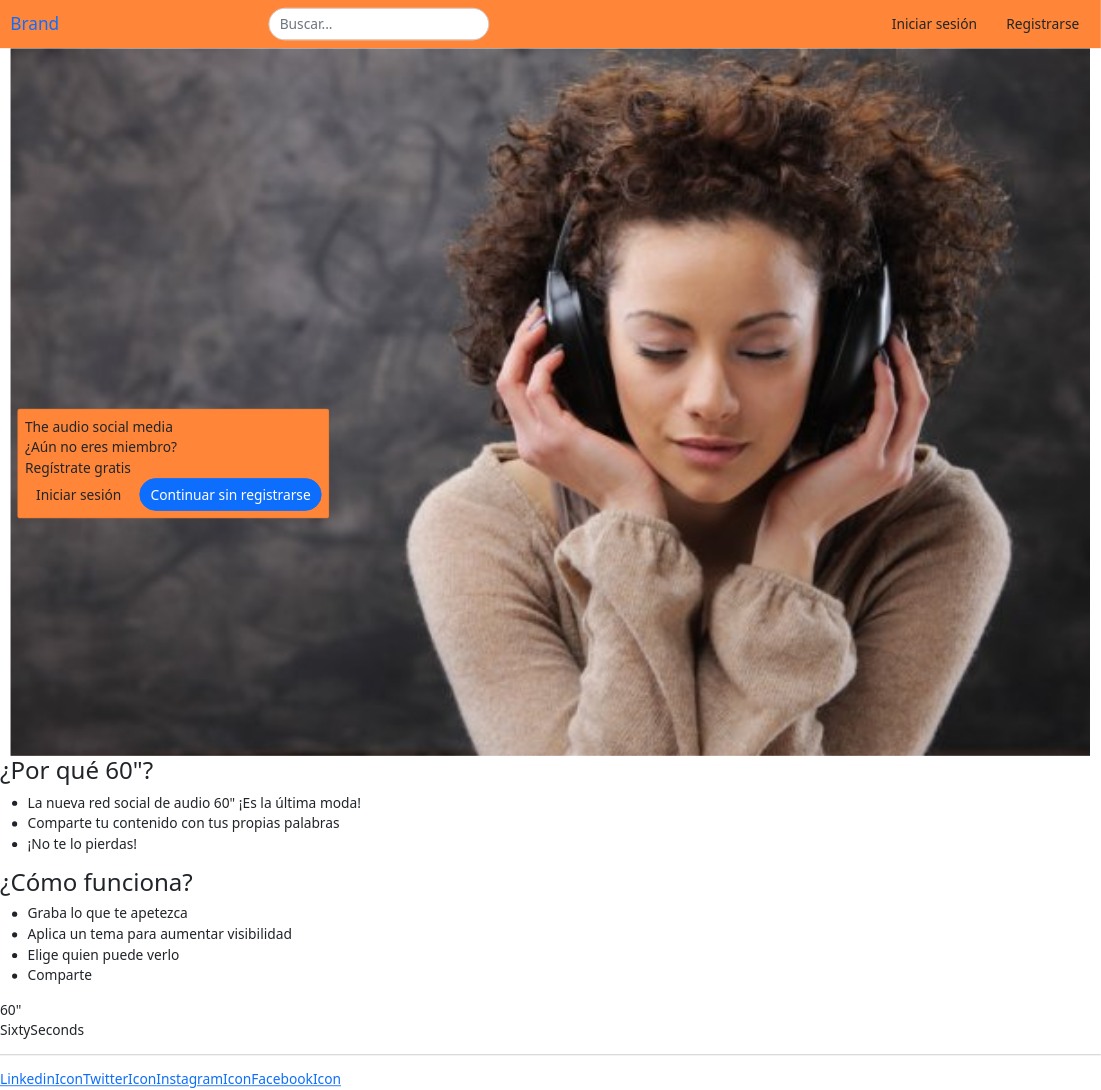
Repository: Zapulin/react-sixtySeconds-front
Page: /
These files come from the project's save history. The page is drawn as it stood at one moment and after the next save; the edit follows.
The browser window is 1280 px wide. The pictures show the whole page, at 86% of full size.
The project was rebuilt for these pictures with package versions that can differ from the ones it lists, and the page was loaded fresh each time. Also part of the build but not shown: src/Components/Login.js, src/Components/Signup.js, src/Components/Publish.js, src/Components/Activity.js, src/Components/Navbar.js, src/Components/Categories.js, src/Components/IconProfile.js, src/Components/Recorder.js and 10 more. Imported but missing from the stored project, and not drawn on this page: src/Samples/AUDIOMP3.mp3, src/Samples/AUDIOOGG.ogg.

Above is the page before, as saved 2022-04-13 15:01:03.

### src/index.js
import React from 'react';
import ReactDOM from 'react-dom';
import App from './App';
import './index.css';
import 'bootstrap/dist/css/bootstrap.min.css';

ReactDOM.render(
  <React.StrictMode>
    <App />
  </React.StrictMode>,
  document.getElementById('root')
);

### src/App.js
import { BrowserRouter, Routes, Route } from 'react-router-dom';

//Pages
import Home from './Pages/Home';
import Feed from './Pages/Feed';
import User from './Pages/Profile';
import NotFound from './Pages/NotFound';

function App() {
  return (
    <BrowserRouter>
      <Routes>
        <Route path='/' element={<Home/>} />
        <Route path='/feed' element={<Feed/>} />
        <Route path='/profile/:id' element={<User/>} />
        <Route path='*' element={<NotFound/>} />
      </Routes>
    </BrowserRouter>
  );
}

export default App;

### src/Pages/Home.js
import top_image from "../Resources/images/top_image.svg";
import "../stylesheets/NavbarHome.css";

//Components
import Footer from '../Components/Footer'
import NavbarHome from '../Components/NavbarHome'

function Home() {

  return (
    <>
    <NavbarHome/>
      <div className="container-fluid">
          <div className="position-relative">
            <img className="img-fluid" src={top_image} alt="" />
            <div className="card rounded m-2 p-2 position-absolute top-50" style={{background:'#FF8638'}}>
                 <span> The audio social media </span>
                 <span> ¿Aún no eres miembro? </span>
                 <span> Regístrate gratis </span>
                <div className="d-flex justify-content-between">
                    <button className="btn rounded-pill"> Iniciar sesión</button>
                    <button className="btn btn-primary ms-2 rounded-pill"> Continuar sin registrarse </button>
                </div>
            </div>
        </div>
      </div>
      <div>
        <div>
            <h3>¿Por qué 60"?</h3>
            <ul>
                <li><span>La nueva red social de audio 60" ¡Es la última moda!</span></li>
                <li><span>Comparte tu contenido con tus propias palabras</span></li>
                <li><span>¡No te lo pierdas!</span></li>
            </ul>
        </div>
        <div>
            <h3>¿Cómo funciona?</h3>
            <ul>
                <li><span>Graba lo que te apetezca</span></li>
                <li><span>Aplica un tema para aumentar visibilidad</span></li>
                <li><span>Elige quien puede verlo</span></li>
                <li><span>Comparte</span></li>
            </ul>
        </div>
      </div>
      <Footer/>
    </>
  );
}

export default Home;

### src/stylesheets/NavbarHome.css
.bd-placeholder-img {
    font-size: 1.125rem;
    text-anchor: middle;
    -webkit-user-select: none;
    -moz-user-select: none;
    user-select: none;
  }

  @media (min-width: 768px) {
    .bd-placeholder-img-lg {
      font-size: 3.5rem;
    }
  }

  nav {
      background-color: #FF8638;
  }

  button {
    background-color: #403D3D;
  }

### src/Components/Footer.js

function Footer() {
  return (
  	<footer>
		<div className="circle">
			<span>60"</span><br /><span>SixtySeconds</span><br /><hr />
			<a href="https://www.linkedin.com" target="_blank">LinkedinIcon{ /* TODO: add linkedIn icon */ }</a>
			<a href="https://twitter.com" target="_blank">TwitterIcon{ /* TODO: add twitter icon */ }</a>
			<a href="https://www.instagram.com" target="_blank">InstagramIcon{ /* TODO: add instagram icon */ }</a>
			<a href="https://www.facebook.com" target="_blank">FacebookIcon{ /* TODO: add facebook icon */ }</a>
		</div>
	</footer>
  );
}

export default Footer;

### src/Components/NavbarHome.js
import "../stylesheets/NavbarHome.css";

function NavbarHome() {

	return (

    <>
    <nav className="navbar navbar-expand-lg">
      <div className="container-fluid">
          {/* Logo - por ahora es un link  */}
        <a href="#" className="navbar-brand">
          Brand
        </a>
        <button
          type="button"
          className="navbar-toggler"
          data-bs-toggle="collapse"
          data-bs-target="#navbarCollapse1"
        >
          <i className="fa fa-bars"></i>
        </button>
        <div className="collapse navbar-collapse" id="navbarCollapse1">
          <div className="form my-2 my-lg-0 mx-auto">
            <input
              className="form-control mr-sm-2 rounded-pill"
              type="search"
              placeholder="Buscar..."
              aria-label="Search"
            />
          </div>
          {/* <div class="navbar-nav">
                  <a href="#" class="nav-item nav-link active">Home</a>
                  <a href="#" class="nav-item nav-link">About</a>
                  <a href="#" class="nav-item nav-link">Products</a>
              </div> */}
          {/* Buttons */}
          <div className="d-flex ms-auto gap-2">
            {/* <input type="text" class="form-control me-sm-2" placeholder="Search"/> */}
            <button type="button" className="btn btn- rounded-pill">
              Iniciar sesión
            </button>
            <button type="button" className="btn btn- rounded-pill">
              Registrarse
            </button>
          </div>
        </div>
      </div>
    </nav>

    <header className="text-white" id="navbar-color">
      <div className="row">
        {/* <ul class="nav col-12 col-lg-auto me-lg-auto mb-2 justify-content-center mb-md-0">

    <form class="col-12 col-lg-auto mb-3 mb-lg-0 me-lg-3">

    </form>
    </ul> */}
        <div className="col-5"></div>
        <div className="col-4"></div>

        <div className="col-3 d-lg-flex gap-2">
          {/* <button type="button" class="btn btn-dark rounded-pill">
                Iniciar sesión
              </button> */}

          {/* <button type="button" class="btn btn-dark rounded-pill">
                Registrarse
              </button> */}
        </div>
      </div>
    </header>
  </>
);
}

export default NavbarHome;

Loaded but not shown: public/index.html (common file); src/index.css (common file)

After the next save:
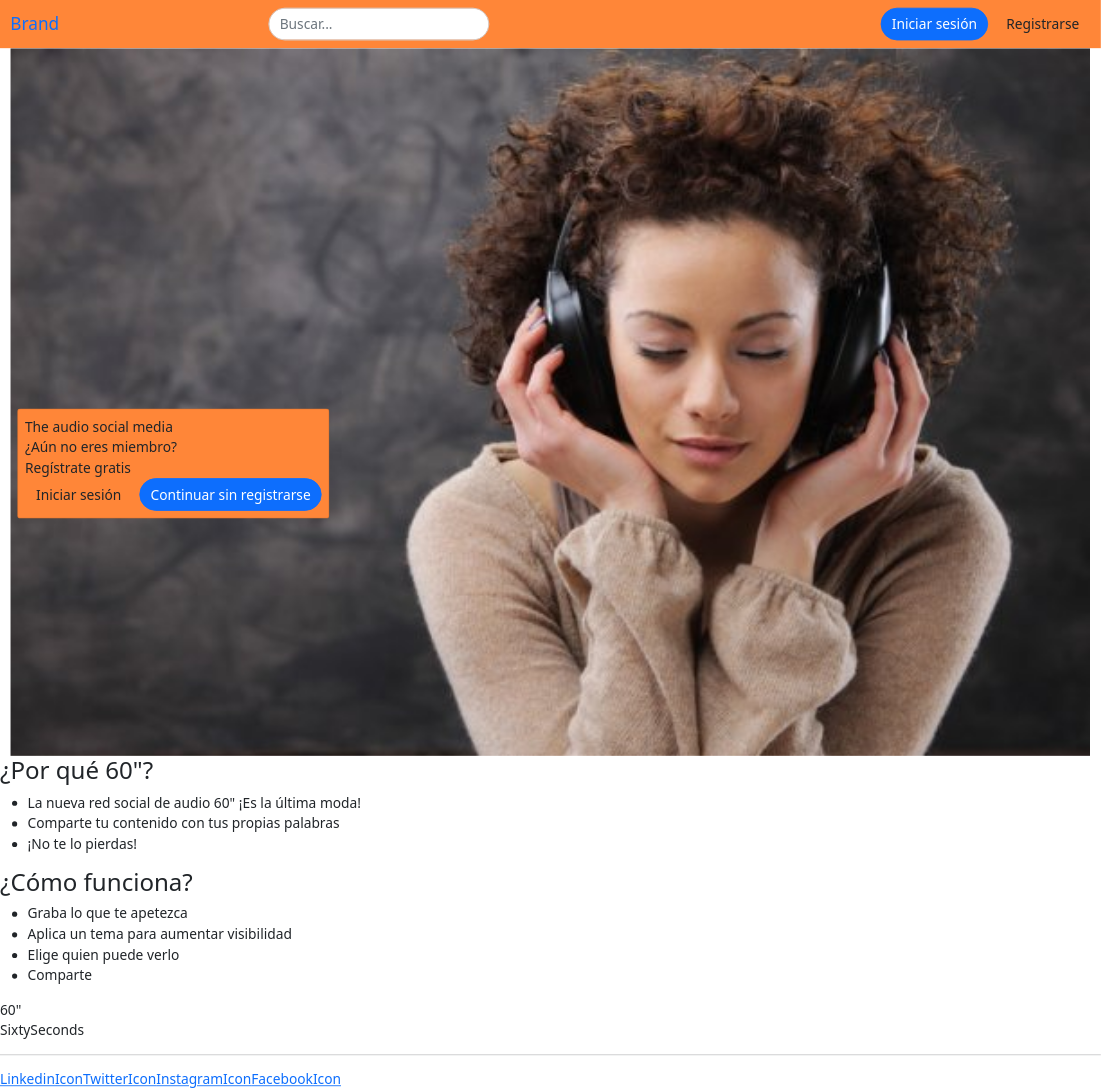
Saved 6 s later.
--- a/src/Components/NavbarHome.js
+++ b/src/Components/NavbarHome.js
@@ -36,7 +36,7 @@ function NavbarHome() {
           {/* Buttons */}
           <div className="d-flex ms-auto gap-2">
             {/* <input type="text" class="form-control me-sm-2" placeholder="Search"/> */}
-            <button type="button" className="btn btn- rounded-pill">
+            <button type="button" className="btn btn-primary rounded-pill">
               Iniciar sesión
             </button>
             <button type="button" className="btn btn- rounded-pill">
